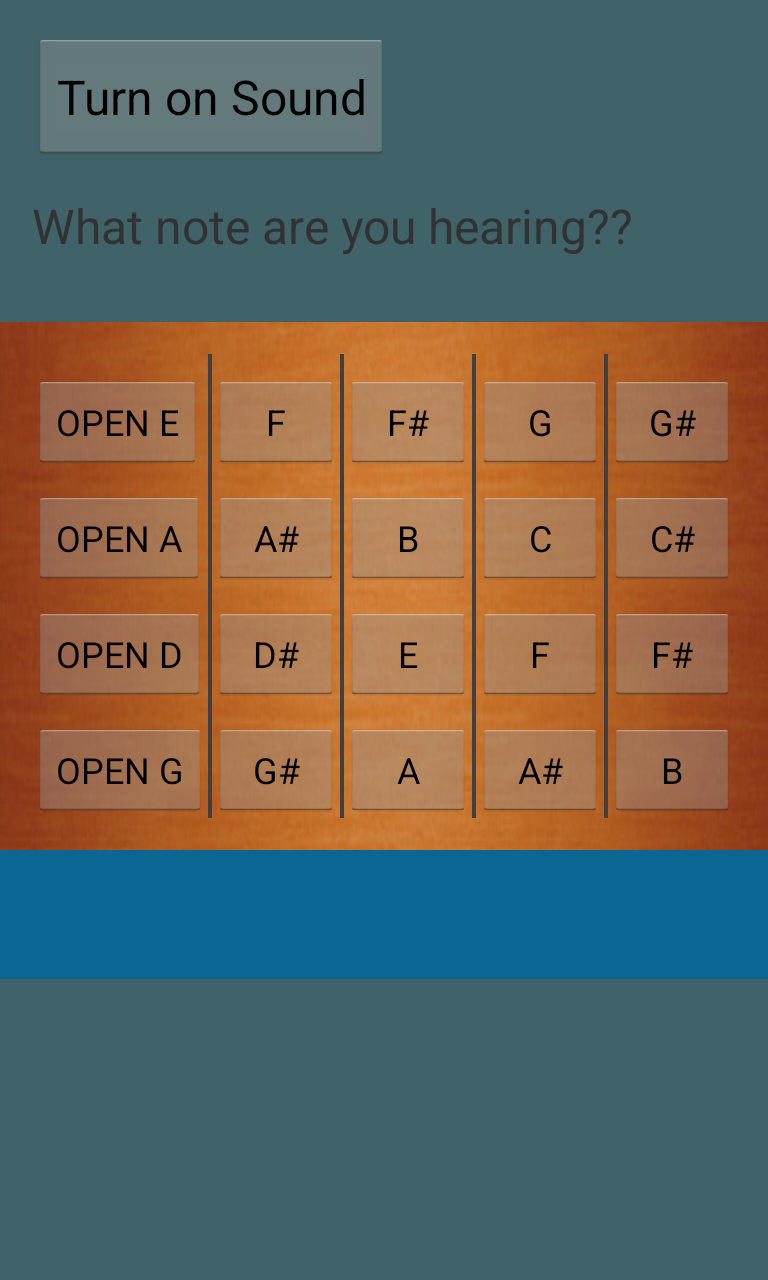
Repository: elliott-ribner/android-guitar-trainer
Layout: randomnotegenerator/res/layout/activity_main.xml
The author's editor kept a copy of each file at every save. The layout is drawn from the files as they stood at one save, then again after the next save.
It is drawn on a 768 x 1280 px phone screen (xhdpi) without system bars, with theme AppTheme; the app's code is not run.

Above is the layout before, as saved 2014-06-09 00:43:34.

### randomnotegenerator/res/layout/activity_main.xml
<LinearLayout xmlns:android="http://schemas.android.com/apk/res/android"
    xmlns:tools="http://schemas.android.com/tools"
    android:layout_width="match_parent"
    android:layout_height="match_parent"
    android:background="#3F6369"
    android:orientation="vertical"
    tools:context="com.elliott.randomnotegenerator.MainActivity$PlaceholderFragment" >

    <LinearLayout
        android:layout_width="fill_parent"
        android:layout_height="wrap_content"
        android:background="#3F6369"
        android:orientation="vertical"
        android:paddingBottom="@dimen/activity_vertical_margin"
        android:paddingLeft="@dimen/activity_horizontal_margin"
        android:paddingRight="@dimen/activity_horizontal_margin"
        android:paddingTop="@dimen/activity_vertical_margin" >

        <Button
            android:id="@+id/ButtonPlay"
            android:layout_width="wrap_content"
            android:layout_height="wrap_content"
            android:paddingBottom="@dimen/activity_vertical_margin"
            android:paddingTop="@dimen/activity_vertical_margin"
            android:text="@string/play"
            android:textSize="24sp" />

        <TextView
            android:id="@+id/promptBox"
            android:layout_width="wrap_content"
            android:layout_height="wrap_content"
            android:paddingBottom="@dimen/activity_vertical_margin"
            android:paddingTop="@dimen/activity_vertical_margin"
            android:text="@string/prompt"
            android:textSize="24sp" />
    </LinearLayout>

    <LinearLayout
        android:layout_width="fill_parent"
        android:layout_height="wrap_content"
        android:background="@drawable/background"
        android:orientation="vertical"
         >

        <LinearLayout
            android:layout_width="fill_parent"
            android:layout_height="wrap_content"
            android:orientation="horizontal"
            android:paddingBottom="@dimen/activity_vertical_margin"
        android:paddingLeft="@dimen/activity_horizontal_margin"
        android:paddingRight="@dimen/activity_horizontal_margin"
        android:paddingTop="@dimen/activity_vertical_margin"  >

            <LinearLayout
                android:layout_width="wrap_content"
                android:layout_height="wrap_content"
                android:orientation="vertical" >

                <Button
                    android:id="@+id/ButtonEL"
                    android:layout_width="wrap_content"
                    android:layout_height="wrap_content"
                    android:layout_marginTop="10dp"
                    android:text="@string/el" />

                <Button
                    android:id="@+id/ButtonAL"
                    android:layout_width="wrap_content"
                    android:layout_height="wrap_content"
                    android:layout_marginTop="10dp"
                    android:text="@string/al" />

                <Button
                    android:id="@+id/ButtonD"
                    android:layout_width="wrap_content"
                    android:layout_height="wrap_content"
                    android:layout_marginTop="10dp"
                    android:text="@string/d" />

                <Button
                    android:id="@+id/ButtonG"
                    android:layout_width="wrap_content"
                    android:layout_height="wrap_content"
                    android:layout_marginTop="10dp"
                    android:text="@string/g" />
            </LinearLayout>

            <View
                android:layout_width="2dip"
                android:layout_height="fill_parent"
                android:background="#404040" />

            <LinearLayout
                android:layout_width="wrap_content"
                android:layout_height="wrap_content"
                android:orientation="vertical" >

                <Button
                    android:id="@+id/ButtonFL"
                    android:layout_width="wrap_content"
                    android:layout_height="wrap_content"
                    android:layout_marginTop="10dp"
                    android:text="@string/fl" />

                <Button
                    android:id="@+id/ButtonASL"
                    android:layout_width="wrap_content"
                    android:layout_height="wrap_content"
                    android:layout_marginTop="10dp"
                    android:text="@string/asl" />

                <Button
                    android:id="@+id/ButtonDS"
                    android:layout_width="wrap_content"
                    android:layout_height="wrap_content"
                    android:layout_marginTop="10dp"
                    android:text="@string/ds" />

                <Button
                    android:id="@+id/ButtonGS"
                    android:layout_width="wrap_content"
                    android:layout_height="wrap_content"
                    android:layout_marginTop="10dp"
                    android:text="@string/gs" />
            </LinearLayout>

            <View
                android:layout_width="2dip"
                android:layout_height="fill_parent"
                android:background="#404040" />

            <LinearLayout
                android:layout_width="wrap_content"
                android:layout_height="wrap_content"
                android:orientation="vertical" >

                <Button
                    android:id="@+id/ButtonFSL"
                    android:layout_width="wrap_content"
                    android:layout_height="wrap_content"
                    android:layout_marginTop="10dp"
                    android:text="@string/fsl" />

                <Button
                    android:id="@+id/ButtonBL"
                    android:layout_width="wrap_content"
                    android:layout_height="wrap_content"
                    android:layout_marginTop="10dp"
                    android:text="@string/bl" />

                <Button
                    android:id="@+id/ButtonE"
                    android:layout_width="wrap_content"
                    android:layout_height="wrap_content"
                    android:layout_marginTop="10dp"
                    android:text="@string/e" />

                <Button
                    android:id="@+id/ButtonA"
                    android:layout_width="wrap_content"
                    android:layout_height="wrap_content"
                    android:layout_marginTop="10dp"
                    android:text="@string/a" />
            </LinearLayout>

            <View
                android:layout_width="2dip"
                android:layout_height="fill_parent"
                android:background="#404040" />

            <LinearLayout
                android:layout_width="wrap_content"
                android:layout_height="wrap_content"
                android:orientation="vertical" >

                <Button
                    android:id="@+id/ButtonGL"
                    android:layout_width="wrap_content"
                    android:layout_height="wrap_content"
                    android:layout_marginTop="10dp"
                    android:text="@string/gl" />

                <Button
                    android:id="@+id/ButtonC"
                    android:layout_width="wrap_content"
                    android:layout_height="wrap_content"
                    android:layout_marginTop="10dp"
                    android:text="@string/c" />

                <Button
                    android:id="@+id/ButtonF"
                    android:layout_width="wrap_content"
                    android:layout_height="wrap_content"
                    android:layout_marginTop="10dp"
                    android:text="@string/f" />

                <Button
                    android:id="@+id/ButtonAS"
                    android:layout_width="wrap_content"
                    android:layout_height="wrap_content"
                    android:layout_marginTop="10dp"
                    android:text="@string/as" />
            </LinearLayout>

            <View
                android:layout_width="2dip"
                android:layout_height="fill_parent"
                android:background="#404040" />

            <LinearLayout
                android:layout_width="wrap_content"
                android:layout_height="wrap_content"
                android:orientation="vertical" >

                <Button
                    android:id="@+id/ButtonGSL"
                    android:layout_width="wrap_content"
                    android:layout_height="wrap_content"
                    android:layout_marginTop="10dp"
                    android:text="@string/gsl" />

                <Button
                    android:id="@+id/ButtonCS"
                    android:layout_width="wrap_content"
                    android:layout_height="wrap_content"
                    android:layout_marginTop="10dp"
                    android:text="@string/cs" />

                <Button
                    android:id="@+id/ButtonFS"
                    android:layout_width="wrap_content"
                    android:layout_height="wrap_content"
                    android:layout_marginTop="10dp"
                    android:text="@string/fs" />

                <Button
                    android:id="@+id/ButtonB"
                    android:layout_width="wrap_content"
                    android:layout_height="wrap_content"
                    android:layout_marginTop="10dp"
                    android:text="@string/b" />
            </LinearLayout>

        </LinearLayout>



    </LinearLayout>

         <LinearLayout
        android:layout_width="fill_parent"
        android:layout_height="wrap_content"
        android:orientation="vertical"
        android:background="#0b6693"
        android:paddingBottom="@dimen/activity_vertical_margin"
        android:paddingLeft="@dimen/activity_horizontal_margin"
        android:paddingRight="@dimen/activity_horizontal_margin"
        android:paddingTop="@dimen/activity_vertical_margin" >

        <TextView
            android:id="@+id/resultBox"
            android:layout_width="wrap_content"
            android:layout_height="wrap_content"
            android:text="@string/result"
            android:textSize="24sp" />
    </LinearLayout>

</LinearLayout>

### randomnotegenerator/res/values/strings.xml
<?xml version="1.0" encoding="utf-8"?>
<resources>

    <string name="app_name">Bass Guitar Ear Trainer</string>
    <string name="hello_world">Hello world!</string>
    <string name="action_settings">Settings</string>
	<string name="play">Turn on Sound</string>
	<string name="prompt">What note are you hearing??</string>
	<string name="result"></string>
	<string name="c">C</string>
	<string name="cs">C#</string>
	<string name="d">OPEN D</string>
	<string name="ds">D#</string>
	<string name="e">E</string>
	<string name="f">F</string>
	<string name="fs">F#</string>
	<string name="g">OPEN G</string>
	<string name="gs">G#</string>
	<string name="a"> A</string>
	<string name="as">A#</string>
	<string name="b">B</string>
	<string name="el">OPEN E</string>
	<string name="fl">F</string>
	<string name="fsl">F#</string>
	<string name="gl">G</string>
	<string name="gsl">G#</string>
	<string name="al">OPEN A</string>
	<string name="asl">A#</string>
	<string name="bl">B</string>

</resources>

Loaded but not shown: randomnotegenerator/res/values/styles.xml (common file); randomnotegenerator/res/values-v11/styles.xml (common file); randomnotegenerator/res/values-v14/styles.xml (common file); randomnotegenerator/res/values/dimens.xml (common file); randomnotegenerator/res/values-w820dp/dimens.xml (common file)

After the next save:
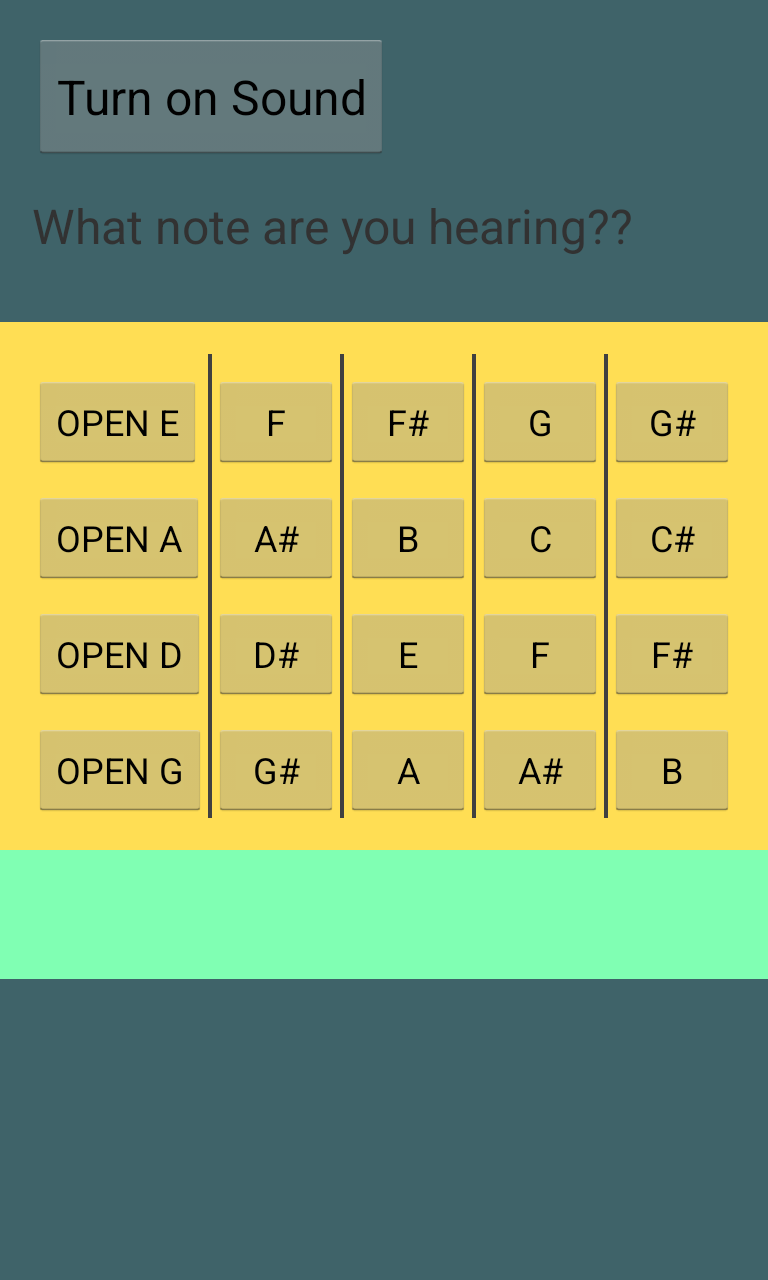
Saved 68 s later.
--- a/randomnotegenerator/res/layout/activity_main.xml
+++ b/randomnotegenerator/res/layout/activity_main.xml
@@ -38,7 +38,7 @@
     <LinearLayout
         android:layout_width="fill_parent"
         android:layout_height="wrap_content"
-        android:background="@drawable/background"
+        android:background="#FFDE54"
         android:orientation="vertical"
          >
 
@@ -251,7 +251,7 @@
         android:layout_width="fill_parent"
         android:layout_height="wrap_content"
         android:orientation="vertical"
-        android:background="#0b6693"
+        android:background="#80FFB3"
         android:paddingBottom="@dimen/activity_vertical_margin"
         android:paddingLeft="@dimen/activity_horizontal_margin"
         android:paddingRight="@dimen/activity_horizontal_margin"
